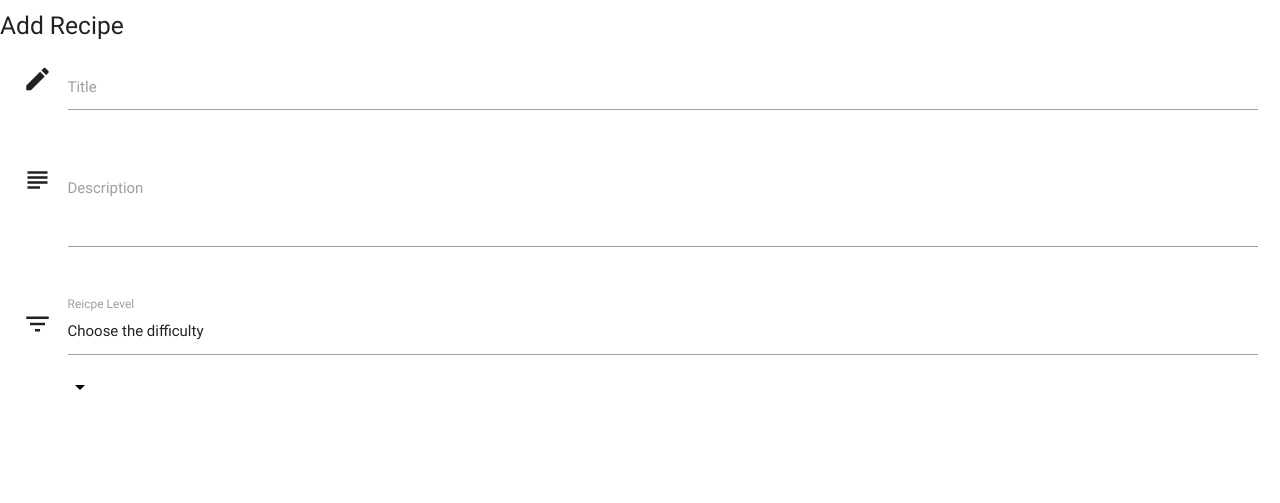
Repository: neillarkin/atari-app
Page: http://localhost/add_recipe
The author's editor kept a record of every edit. The page is drawn from the files as they stood at one moment, then again after the next edit.
The browser window is 1280 px wide. The pictures show the whole page.
The page is served by the project's application, run on Flask 3 (run.py). Queries for data that is not in the repository find no rows.

Above is the page before.

After the next edit:
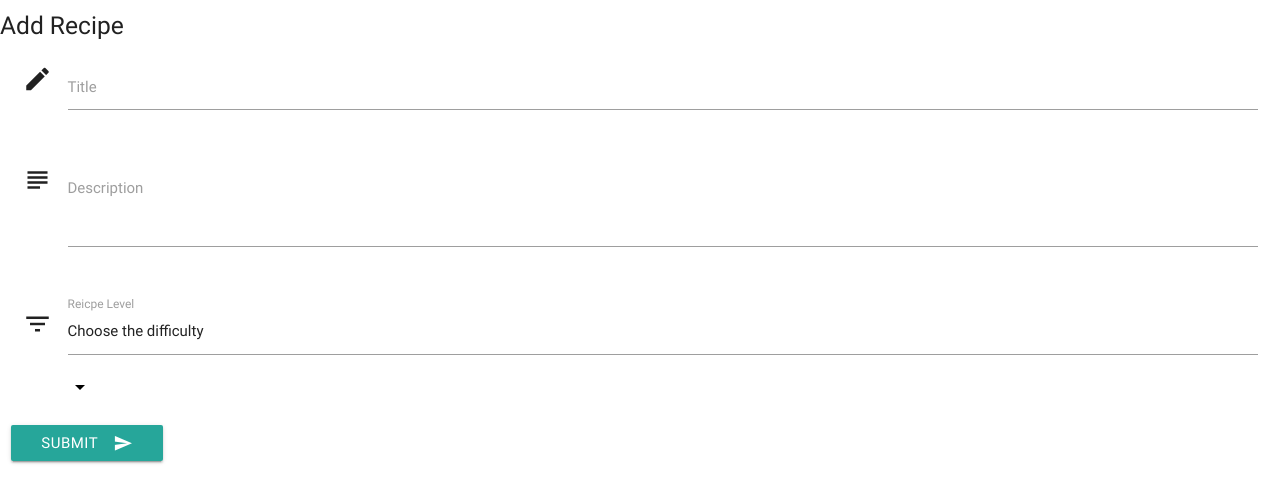
The edit:
--- a/templates/add_recipe.html
+++ b/templates/add_recipe.html
@@ -30,7 +30,10 @@
         <label>Reicpe Level</label>
       </div>
     </div>
-</div>
-</form>
+    <!--</div>-->
+    <button class="btn waves-effect waves-light" type="submit" name="action">Submit
+    <i class="material-icons right">send</i>
+    </button>
+  </form>
 </div>
 {% endblock %}
